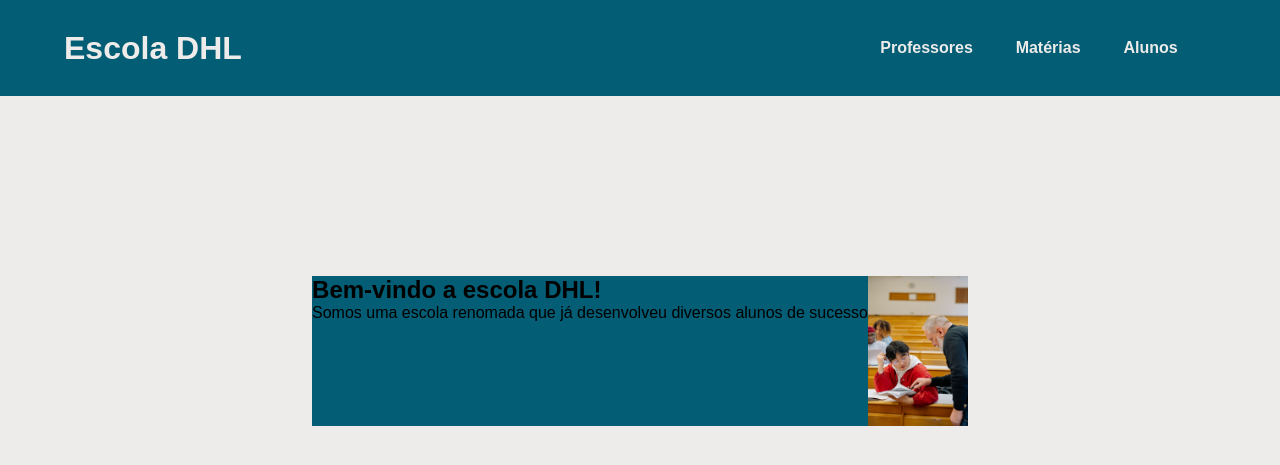
Repository: SirHick/sa-sistema-escola-DHL
Page: front/index.html
These files come from the project's save history. The page is drawn as it stood at one moment and after a run of saves; the edit follows.
The browser window is 1280 px wide. The pictures show the whole page.

Above is the page before, as saved 2026-07-17 15:52:06.

After the next 2 saves:
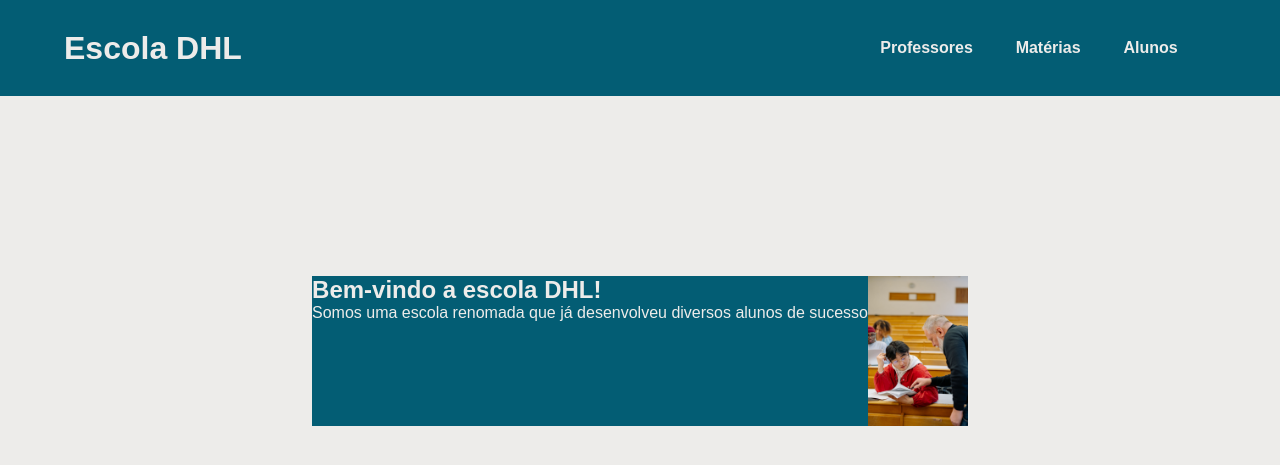
The 2 saves are shown as one change because they came seconds apart.
The last was saved 13 s later.
--- a/front/style.css
+++ b/front/style.css
@@ -53,5 +53,5 @@ header nav a{
     background-color: #035D74;
     margin-top: 25vh;
     display: flex;
-
+    color: #EDECEA;
 }
